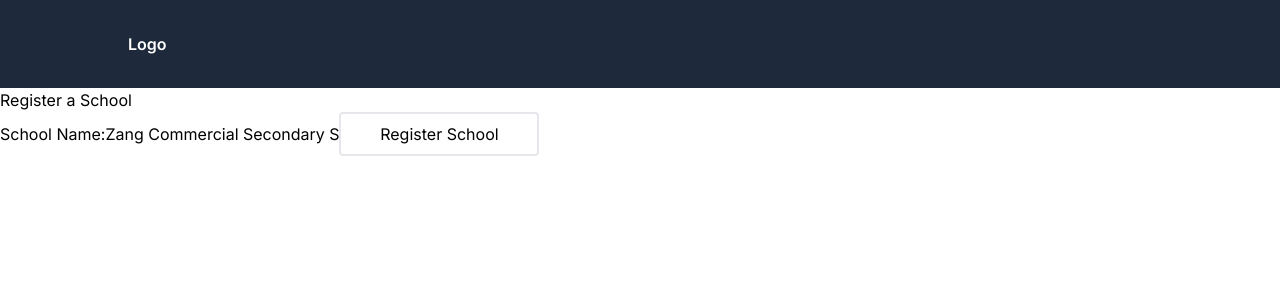
Repository: marcusdashe/fullstack-ts
Page: /school
An editor plug-in stored every save of this project. The page is shown before and after the next save, followed by the edit.
The browser window is 1280 px wide. The pictures show the whole page.
The page's requests for data from a server got no answer. The project was rebuilt for these pictures with package versions that can differ from the ones it lists, and the page was loaded fresh each time. The framework's server and built-in components were replaced by stand-ins that run in the browser. No one was signed in, and anything a server would have sent is missing. Also part of the build but not shown: next.config.js.

Above is the page before, as saved 2023-07-28 12:46:36.

### app/layout.tsx
import "./globals.css";
import type { Metadata } from "next";
import { Inter } from "next/font/google";
import Navbar from "./components/NavBar";

const inter = Inter({
  weight: ["400", "600"],
  subsets: ["latin"],
});

export const metadata: Metadata = {
  title: "SMP",
  description: "School Management System for Secondary School",
  keywords: ["smp", "lms", "marcus"],
};

export default function RootLayout({
  children,
}: {
  children: React.ReactNode;
}) {
  return (
    <html lang="en">
      <body className={inter.className}>
        <Navbar />
        {children}
      </body>
    </html>
  );
}

### app/school/page.tsx
"use client";

import { useState } from "react";
import SchoolService, { School } from "../services/api/school.service";

const RegisterSchoolPage: React.FC = () => {
  const initialFormData: School = {
    schoolName: "Zang Commercial Secondary School",
    schoolAddress: "Bukuru Road Opposite Tetengi Estate",
    schoolPhoneNumber: "08034477604",
    schoolWebsite: "www.zangcommercial.com",
    schoolEmail: "contact@zangcommercial.com",
    schoolLogo: "",
  };

  const [formData, setFormData] = useState<School>(initialFormData);

  const handleChange = (e: React.ChangeEvent<HTMLInputElement>) => {
    const { name, value } = e.target;
    setFormData((prevFormData) => ({
      ...prevFormData,
      [name]: value,
    }));
  };

  const handleSubmit = async (e: React.FormEvent) => {
    e.preventDefault();
    try {
      await SchoolService.registerSchool(formData);

      console.log("School registered successfully");
      setFormData(initialFormData);
    } catch (error) {
      console.error("Error registering school:", error);
    }
  };

  return (
    <div>
      <h1>Register a School</h1>

      <form onSubmit={handleSubmit}>
        <label>
          School Name:
          <input
            type="text"
            name="school"
            value={formData.schoolName}
            onChange={handleChange}
          />
        </label>
        <button
          type="submit"
          className="border-2 bg-green- rounded p-2 w-[200px]  "
        >
          Register School
        </button>
      </form>
    </div>
  );
};

export default RegisterSchoolPage;

### app/components/NavBar.tsx
"use client";

import React, { useEffect } from "react";
import { useRouter, usePathname } from "next/navigation";
import Link from "next/link";
// import Logo from "./Logo";
// import { TwitterIcon, GithubIcon, LinkedInIcon } from "./Icons";
// import { motion } from "framer-motion";

type CustomLinkProps = {
  href: string;
  title: string;
  className: string | object;
};

const CustomLink = ({ href, title, className = "" }: CustomLinkProps) => {
  const router = useRouter();
  const pathname = usePathname();

  return (
    <Link href={href} className={`${className} relative group`}>
      {title}
      <span
        className={`h-[1px] inline-block bg-dark absolute left-0 -bottom-0.5 group-hover:w-full transition-[width] ease duration-300 ${
          pathname === href ? "w-full" : "w-0"
        }`}
      >
        &nbsp;
      </span>
    </Link>
  );
};

const Navbar: React.FC = () => {
  const pathname = usePathname();
  useEffect(() => {
    console.log(pathname);
  });
  return (
    <header
      className="w-full px-32 py-8 font-bold
            flex items-center justify-between sticky top-0 z-10 bg-slate-800 text-white"
    >
      <nav>
        <CustomLink href="/" title="Logo" className="mr-4" />
        {/* <CustomLink href="/about" title="About" className="mx-4" /> */}
      </nav>

      <nav className="flex items-center justify-center flex-wrap">
        {pathname === "/school" ? null : (
          <a
            href="/school"
            className={` w-max-content mx-3 text-orange-300 border border-white p-3 rounded-lg hover:border-none hover:text-white duration-500`}
          >
            Register School
          </a>
        )}

        <a
          href="https://www.linkedin.com/in/marcus-dashe-15a088202"
          target={"_blank"}
          className="w-6 mx-3"
        ></a>
        <a
          href="https://www.github.com/marcusdashe"
          target={"_blank"}
          className="w-6 ml-3"
        >
          {/* <GithubIcon /> */}
        </a>
      </nav>
      <div className="absolute left-[50%] top-2 translate-x-[-50]">
        {/* <Logo /> */}
      </div>
    </header>
  );
};

export default Navbar;

### app/services/api/school.service.ts
import axios, { AxiosResponse } from "axios";
import config from "../config";

export interface School {
  schoolName: string;
  schoolAddress: string;
  schoolPhoneNumber: string;
  schoolWebsite: string;
  schoolEmail: string;
  schoolLogo: string;
}

const API_URL: string = config.API_BASE_URL;

class SchoolService {
  static client = axios.create({
    baseURL: API_URL,
  });

  async registerSchool(school: School): Promise<AxiosResponse<School>> {
    const response = await SchoolService.client.post<School>(
      "/schools/create",
      school
    );
    return response;
  }

  async fetchAllSchools(): Promise<AxiosResponse<School[]>> {
    const response = await SchoolService.client.get<School[]>("/schools/all");
    return response;
  }

  async fetchSchoolById(id: number): Promise<AxiosResponse<School>> {
    const response = await SchoolService.client.get<School>(`/school/${id}`);
    return response;
  }

  async updateSchool6(
    school: School,
    id: number
  ): Promise<AxiosResponse<School>> {
    const response = await SchoolService.client.put<School>(
      `/schools/${id}`,
      school
    );
    return response;
  }

  async delSchoolById(id: number): Promise<AxiosResponse<void>> {
    const response = await SchoolService.client.delete<void>(`/schools/${id}`);
    return response;
  }

  async fetchSchoolByName(schoolName: string): Promise<AxiosResponse<School>> {
    const response = await SchoolService.client.get<School>(
      `/schools/byName/${schoolName}`
    );
    return response;
  }

  async fetchSchoolByPhoneNumber(
    phoneNumber: string
  ): Promise<AxiosResponse<School>> {
    const response = await SchoolService.client.get<School>(
      `/schools/byPhoneNumber/${phoneNumber}`
    );
    return response;
  }

  async fetchSchoolByWebsite(
    schoolWebsite: string
  ): Promise<AxiosResponse<School>> {
    const response = await SchoolService.client.get<School>(
      `/schools/byWebsite/${schoolWebsite}`
    );
    return response;
  }

  async fetchSchoolByEmail(email: string): Promise<AxiosResponse<School>> {
    const response = await SchoolService.client.get<School>(
      `/schools/byEmail/${email}`
    );
    return response;
  }
}

export default new SchoolService();

### app/services/config.ts
export default {
  API_BASE_URL:
    `${process.env.NEXT_PUBLIC_BACKEND_BASE_URL}/api-v1` ||
    "http://localhost:8000/api-v1",
};

Loaded but not shown: app/globals.css (common file); tailwind.config.js (common file)

After the next save:
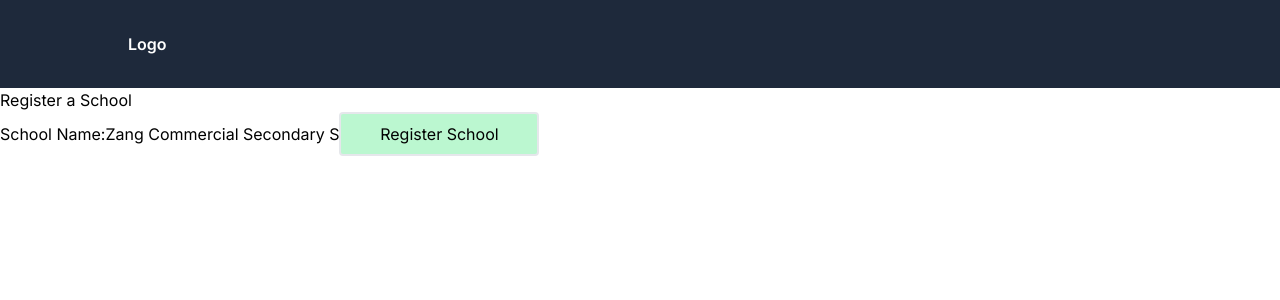
Saved 10 s later.
--- a/app/school/page.tsx
+++ b/app/school/page.tsx
@@ -51,7 +51,7 @@ const RegisterSchoolPage: React.FC = () => {
         </label>
         <button
           type="submit"
-          className="border-2 bg-green- rounded p-2 w-[200px]  "
+          className="border-2 bg-green-200 rounded p-2 w-[200px]  "
         >
           Register School
         </button>
